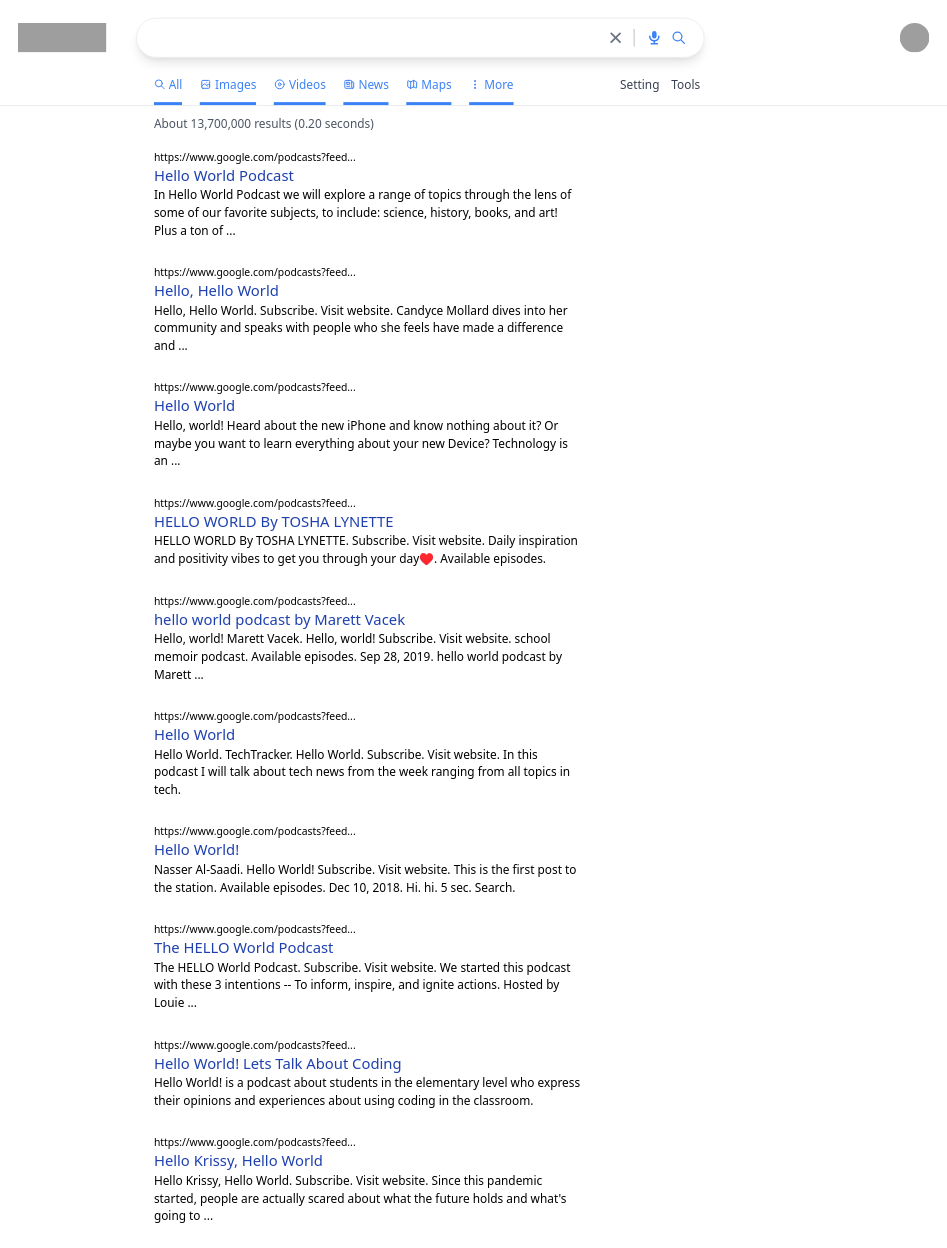
Repository: JuanOnly/google-clone
Page: /search
An editor plug-in stored every save of this project. The page is shown before and after the next save, followed by the edit.
The browser window is 1280 px wide. The pictures show the whole page, at 74% of full size.
Pictures or frames that could not be fetched are drawn as grey boxes. The project was rebuilt for these pictures with package versions that can differ from the ones it lists, and the page was loaded fresh each time. The framework's server and built-in components were replaced by stand-ins that run in the browser. Also part of the build but not shown: next.config.js, Response.js.

Above is the page before, as saved 2021-05-24 17:33:19.

After the next save:
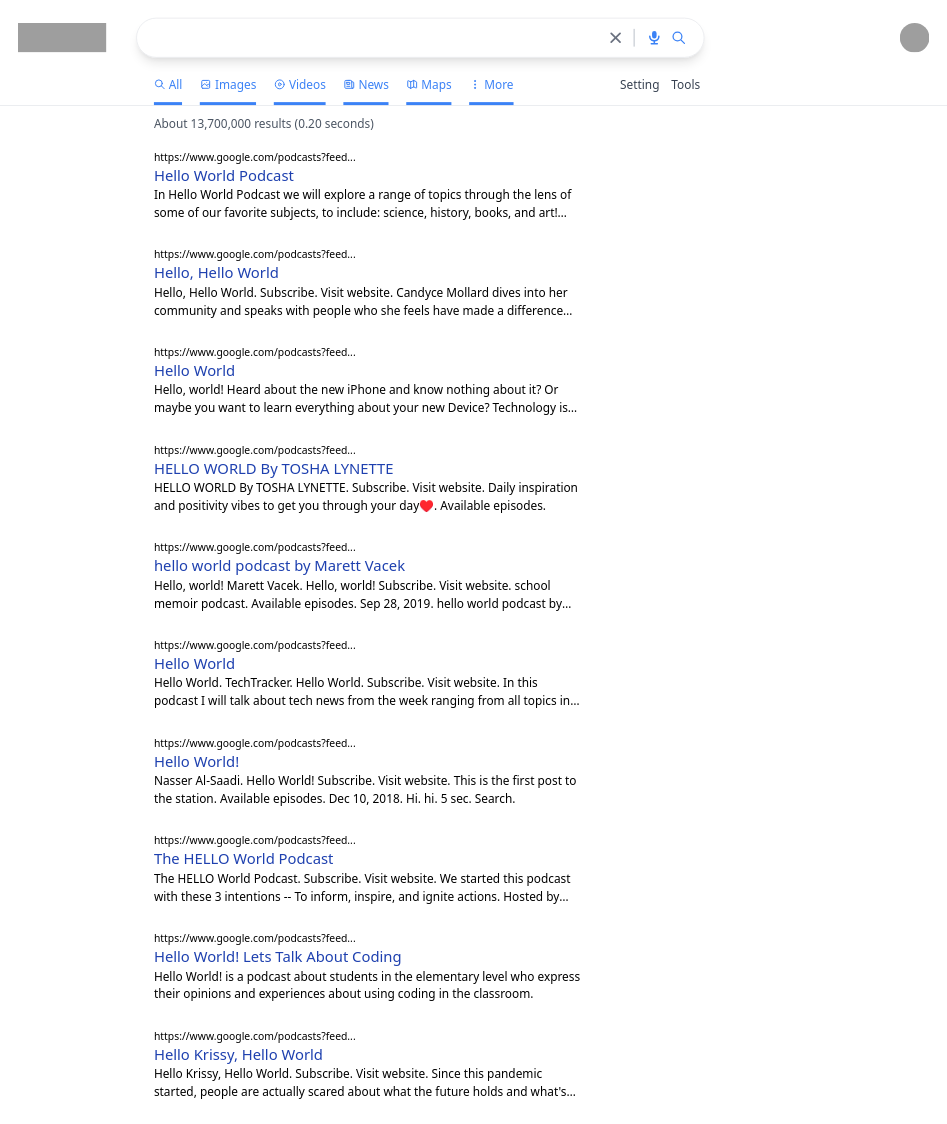
Saved 40 s later.
--- a/components/SearchResults.js
+++ b/components/SearchResults.js
@@ -18,7 +18,7 @@
               </h2>
             </a>
           </div>
-          <p>{result.snippet}</p>
+          <p className="line-clamp-2">{result.snippet}</p>
         </div>
       ))}
     </div>
